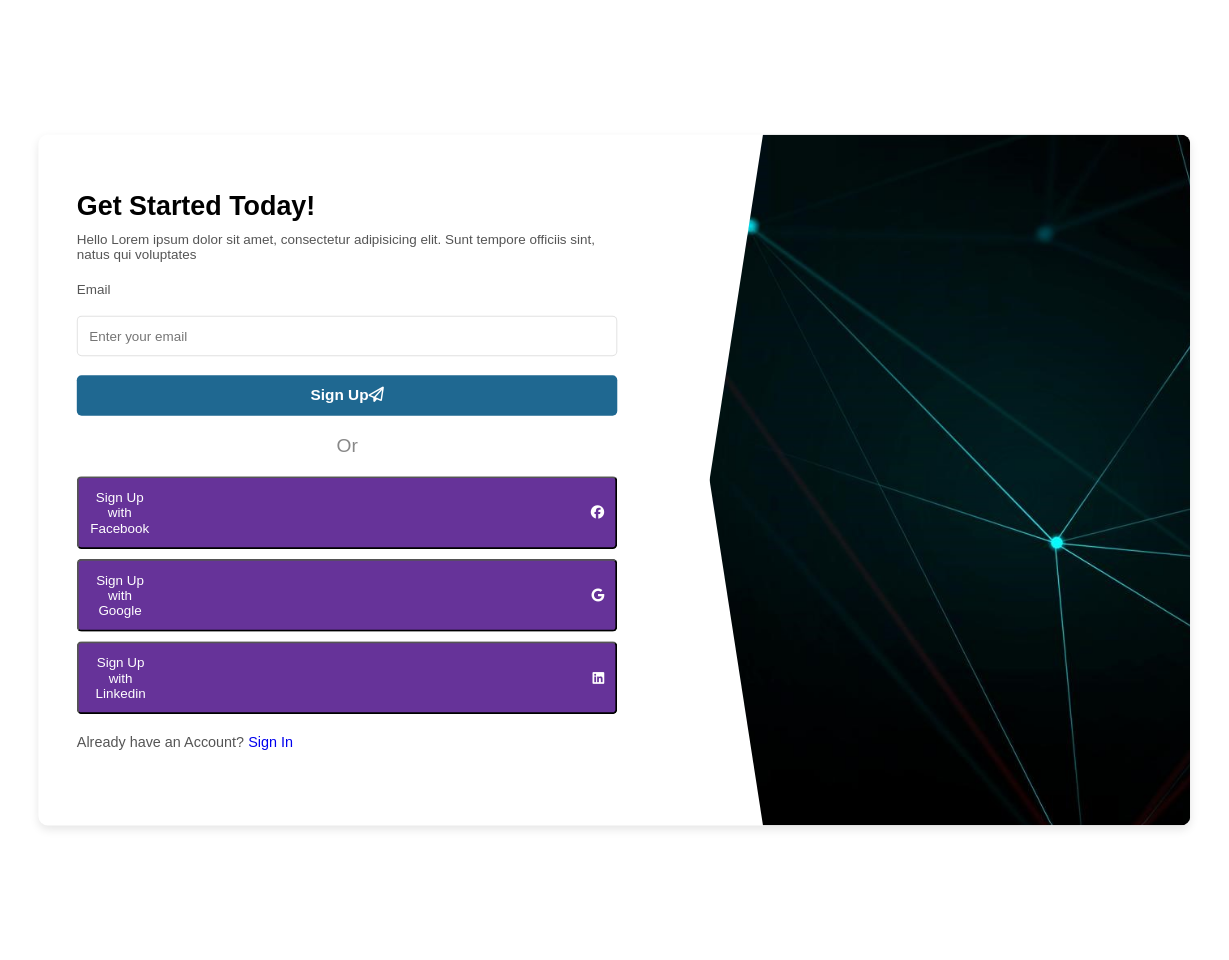
Repository: Femi007-gh/Login-V2
Page: index.html
The author's editor kept a copy of each file at every save. The page is drawn from the files as they stood at one save, then again after the next save.
The browser window is 1280 px wide. The pictures show the whole page, at 96% of full size.

Above is the page before, as saved 2025-01-27 15:15:24.

After the next save:
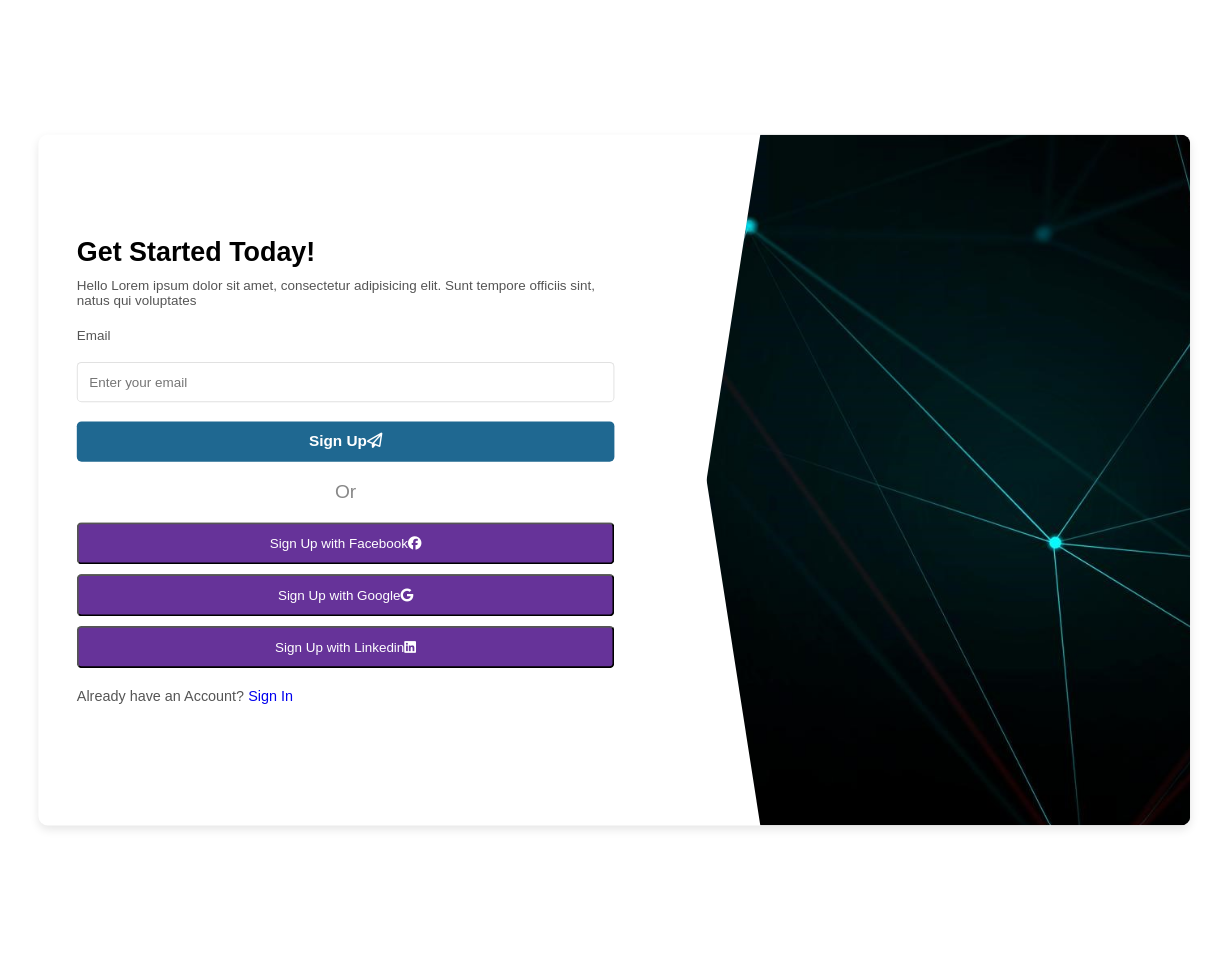
Saved 16 s later.
--- a/style.css
+++ b/style.css
@@ -111,8 +111,3 @@ p {
   clip-path: polygon(20% 0%, 100% 0%, 100% 100%, 20% 100%, 10% 50%);
   height: 100vh; /* Adjust height as needed */
 }
-
-.fa-brands {
-  padding-left: 180px;
-  margin-left: 280px;
-}
